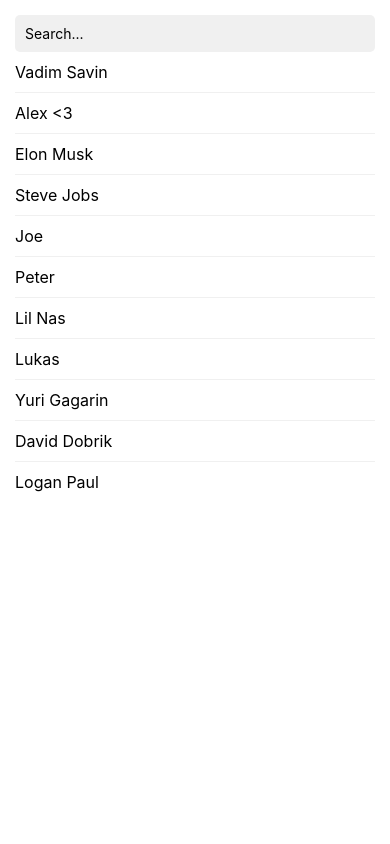
Repository: JennaFi/VideoCallApp
Screen: /
An editor plug-in stored every save of this project. The screen is shown before and after the next save, followed by the edit.
The app was drawn by React Native's web renderer in a window 390 px wide. The project was rebuilt for these pictures with package versions that can differ from the ones it lists, and the page was loaded fresh each time.

Above is the screen before, as saved 2022-01-11 16:38:03.

### App.js
/**
 * Sample React Native App
 * https://github.com/facebook/react-native
 *
 * @format
 * @flow strict-local
 */


import React from 'react'
import {
  SafeAreaView, StatusBar
} from 'react-native'
import ContactsScreen from './src/screens/ContactsScreen'




const App = () => {


  return (
    <SafeAreaView >
      <StatusBar barStyle={'dark-content'} />

      <ContactsScreen />

    </SafeAreaView>
  )
}



export default App

### src/screens/ContactsScreen/index.js
import React, { useState } from 'react'
import { FlatList, StyleSheet, Text, TextInput, View } from 'react-native'
import baseContacts from '../../../assets/data/contacts.json'


const ContactsScreen = () => {

  const [searchTerm, setSearchTerm] = useState('')
  const [filteredContacts, setFilteredContacts] = useState(baseContacts)

  return (
    <View style={styles.page}>
      <TextInput v
        value={searchTerm}
        onChangeText={setSearchTerm}
        style={styles.searchInput}
        placeholder='Search...' />
      <FlatList
        data = {filteredContacts}
        renderItem={({item}) => (
          <Text style={styles.contactName}>{item.user_display_name}</Text>)}
        ItemSeparatorComponent={() => <View style={styles.separator}/>}
      />

    </View>
  )
}

const styles = StyleSheet.create({
  page: {
    padding: 15
  },

  contactName: {
    fontSize: 16,
    marginVertical: 10,
  },
  separator: {
    width: '100%',
    height: 1,
    backgroundColor: '#f0f0f0'
  },
  searchInput: {
    backgroundColor: '#f0f0f0',
    padding: 10,
    borderRadius: 5,

  }
})

export default ContactsScreen

### assets/data/contacts.json
[
  {
    "user_id": "1",
    "user_name": "vadim",
    "user_display_name": "Vadim Savin"
  },
  {
    "user_id": "2",
    "user_name": "alex",
    "user_display_name": "Alex <3"
  },
  {
    "user_id": "3",
    "user_name": "elonmusk",
    "user_display_name": "Elon Musk"
  },
  {
    "user_id": "4",
    "user_name": "jobs",
    "user_display_name": "Steve Jobs"
  },
  {
    "user_id": "5",
    "user_name": "joe",
    "user_display_name": "Joe"
  },
  {
    "user_id": "6",
    "user_name": "peter",
    "user_display_name": "Peter"
  },
  {
    "user_id": "7",
    "user_name": "lilnas",
    "user_display_name": "Lil Nas"
  },
  {
    "user_id": "8",
    "user_name": "Lukas",
    "user_display_name": "Lukas"
  },
  {
    "user_id": "9",
    "user_name": "Yuri",
    "user_display_name": "Yuri Gagarin"
  },
  {
    "user_id": "10",
    "user_name": "David",
    "user_display_name": "David Dobrik"
  },
  {
    "user_id": "11",
    "user_name": "Logan",
    "user_display_name": "Logan Paul"
  }
]

After the next save:
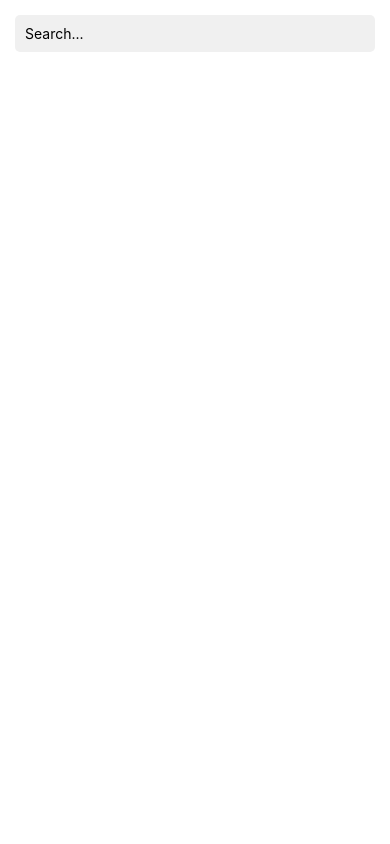
Saved 6 min 34 s later.
--- a/src/screens/ContactsScreen/index.js
+++ b/src/screens/ContactsScreen/index.js
@@ -1,4 +1,4 @@
-import React, { useState } from 'react'
+import React, { useEffect, useState } from 'react'
 import { FlatList, StyleSheet, Text, TextInput, View } from 'react-native'
 import baseContacts from '../../../assets/data/contacts.json'
 
@@ -7,6 +7,13 @@
 
   const [searchTerm, setSearchTerm] = useState('')
   const [filteredContacts, setFilteredContacts] = useState(baseContacts)
+
+  useEffect(() => {
+    const newContacts = baseContacts.filter(
+      contact => contact.user_display_name === searchTerm)
+    setFilteredContacts(newContacts)
+
+  }, [searchTerm])
 
   return (
     <View style={styles.page}>
